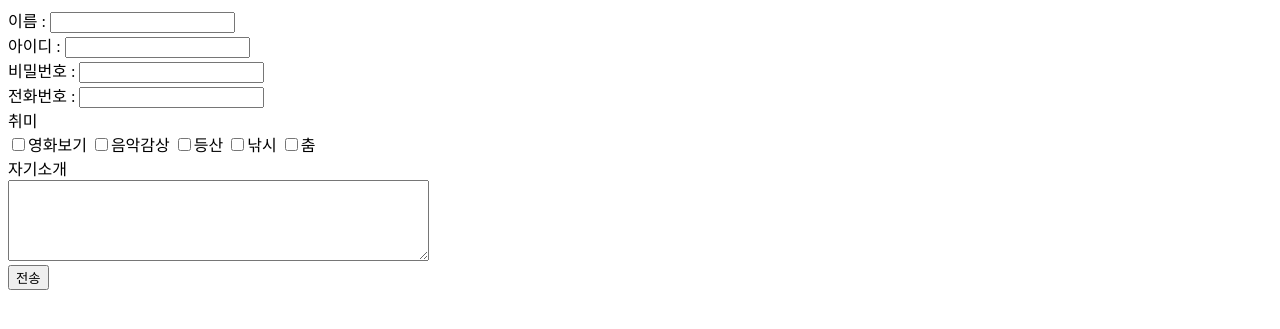
Repository: coolSummer1119/study
Page: http://localhost/ch03_Jsp/ch03_nestedObject/s05_registerForm.jsp
An editor plug-in stored every save of this project. The page is shown before and after the next save, followed by the edit.
The browser window is 1280 px wide. The pictures show the whole page.
The page is served by Tomcat 9.

Above is the page before, as saved 2024-04-23 02:03:12.

After the next save:
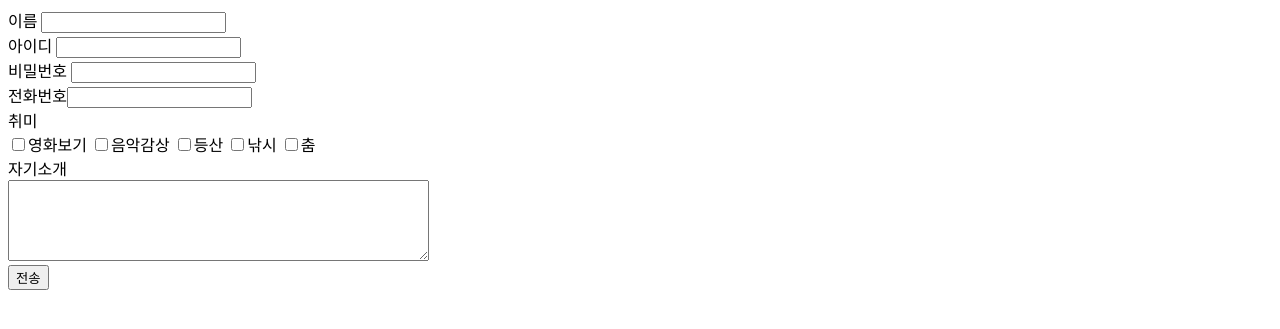
Saved 8 min 23 s later.
--- a/workspace/ch03_Jsp/src/main/webapp/ch03_nestedObject/s05_registerForm.jsp
+++ b/workspace/ch03_Jsp/src/main/webapp/ch03_nestedObject/s05_registerForm.jsp
@@ -10,7 +10,18 @@ window.onload =function(){
 	/* 유효성 체크 반복문 사용*/
 	const myForm = document.getElementById('myForm');
 	myForm.onsubmit = function(){
-		const input = document.getElementsByClassName('input');
+		const input = document.querySelectorAll('.input');
+		for(let i=0; i<input.length; i++){
+			if(input[i].value.trim()==''){
+				const label = document.querySelector('label[for"' + input[i].id + '"]');
+
+				alert(label.textContent + '을 입력해주세요');
+				input[i].value='';
+				input[i].focus();
+				return false;
+			}
+		}
+		/* const input = document.getElementsByClassName('input');
 		const inputName = ['이름','아이디','비밀번호'];
 		for(let i=0; i<input.length; i++){
 			if(input[i].value.trim()==''){
@@ -19,7 +30,7 @@ window.onload =function(){
 				input[i].focus();
 				return false;
 			}
-		}
+		} */
 	}
 }
 </script>
@@ -37,10 +48,13 @@ window.onload =function(){
 	자기소개 : 서울에서 태어나서 계속 서울 거주
  --%>
 <form action="s06_register.jsp" method="post" id="myForm">
-	이름 : <input type="text" name="name"	id="name" class="input"><br>
-	아이디 : <input type="text" name="id"	id="id" class="input"><br>
-	비밀번호 : <input type="text" name="password"	id="password" class="input"><br>
-	전화번호 : <input type="text" name="phone"	id="phone"><br>
+	<label for="name">이름</label>
+	<input type="text" name="name"	id="name" class="input"><br>
+	<label for="id">아이디</label>
+	<input type="text" name="id"	id="id" class="input"><br>
+	<label for="password">비밀번호</label>
+	<input type="text" name="password"	id="password" class="input"><br>
+	전화번호<input type="text" name="phone"	id="phone"><br>
 	취미
 	<br>
 	<input type="checkbox" name="hobby"	value="영화보기">영화보기
